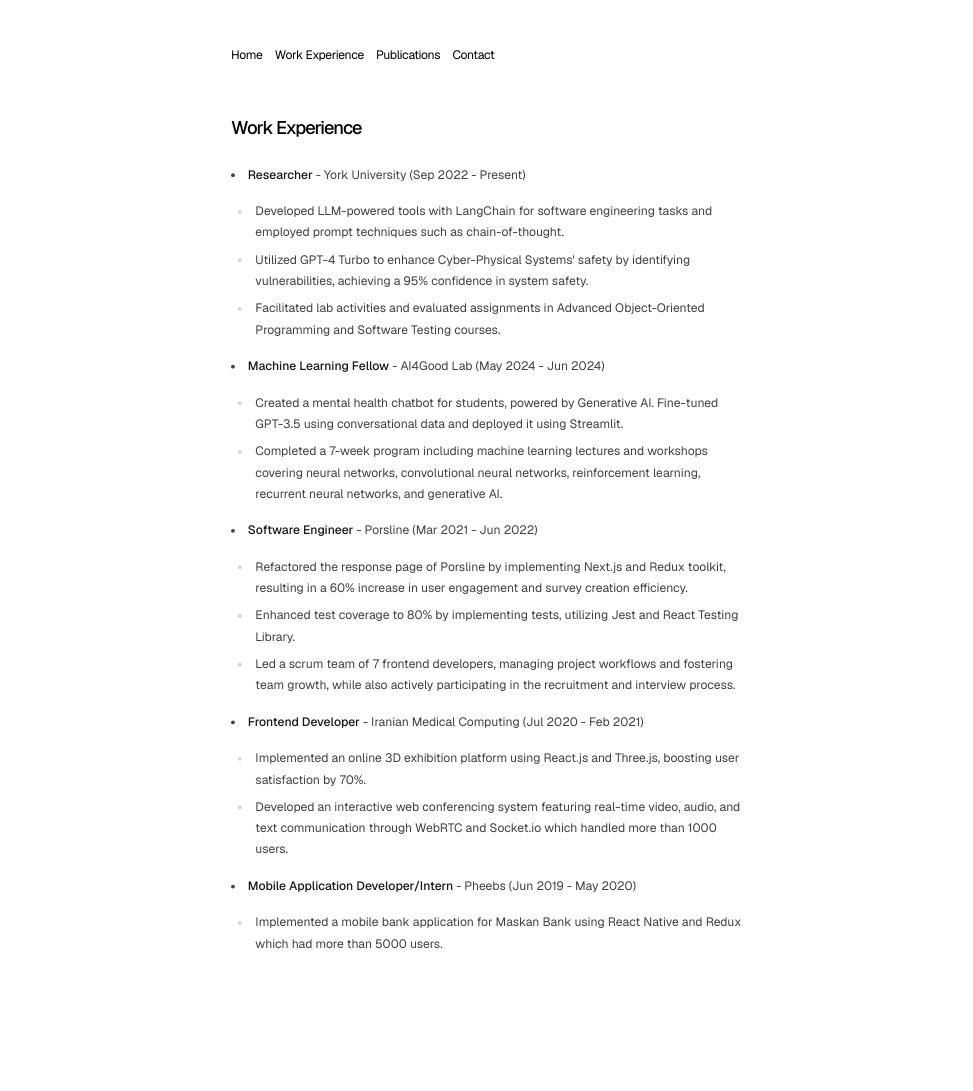
Repository: kimixz/kimixz.github.io
Page: /work
An editor plug-in stored every save of this project. The page is shown before and after the next save, followed by the edit.
The browser window is 1280 px wide. The pictures show the whole page, at 76% of full size.
The project was rebuilt for these pictures with package versions that can differ from the ones it lists, and the page was loaded fresh each time. Some packages were replaced by stand-ins written for this rebuild. The framework's server and built-in components were replaced by stand-ins that run in the browser. Also part of the build but not shown: next.config.mjs, app/blog/[slug]/sandpack.tsx.

Above is the page before, as saved 2024-07-28 16:41:08.

After the next save:
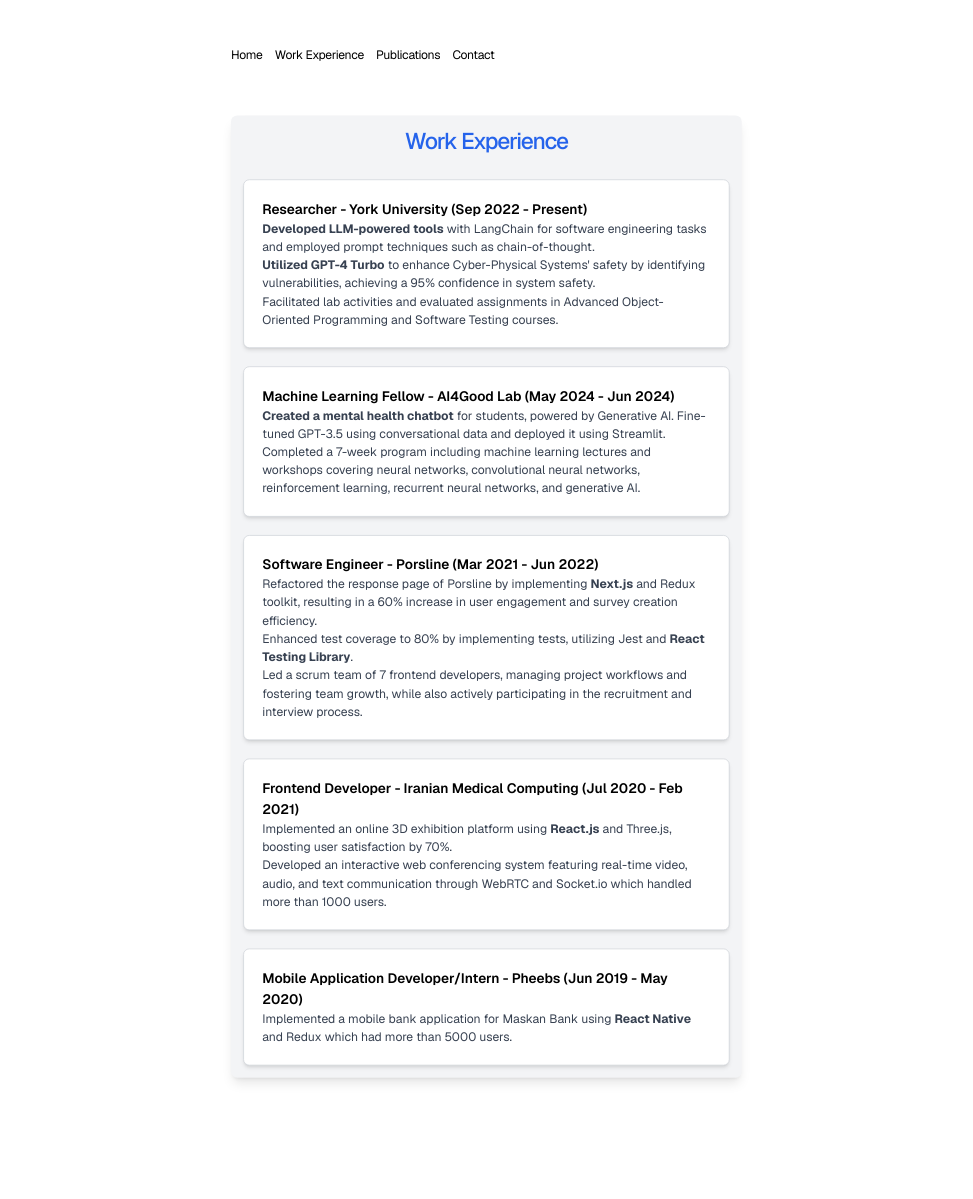
Saved 2 min 8 s later.
--- a/app/work/page.tsx
+++ b/app/work/page.tsx
@@ -1,45 +1,46 @@
 export default function Page() {
   return (
-    <section>
-      <h1 className="font-medium text-2xl mb-8 tracking-tighter">Work Experience</h1>
-      <p className="prose prose-neutral dark:prose-invert">
-          <li>
-            <strong>Researcher</strong> - York University (Sep 2022 - Present)
-            <ul>
-              <li>Developed LLM-powered tools with LangChain for software engineering tasks and employed prompt techniques such as chain-of-thought.</li>
-              <li>Utilized GPT-4 Turbo to enhance Cyber-Physical Systems' safety by identifying vulnerabilities, achieving a 95% confidence in system safety.</li>
-              <li>Facilitated lab activities and evaluated assignments in Advanced Object-Oriented Programming and Software Testing courses.</li>
-            </ul>
-          </li>
-          <li>
-            <strong>Machine Learning Fellow</strong> - AI4Good Lab (May 2024 - Jun 2024)
-            <ul>
-              <li>Created a mental health chatbot for students, powered by Generative AI. Fine-tuned GPT-3.5 using conversational data and deployed it using Streamlit.</li>
-              <li>Completed a 7-week program including machine learning lectures and workshops covering neural networks, convolutional neural networks, reinforcement learning, recurrent neural networks, and generative AI.</li>
-            </ul>
-          </li>
-          <li>
-            <strong>Software Engineer</strong> - Porsline (Mar 2021 - Jun 2022)
-            <ul>
-              <li>Refactored the response page of Porsline by implementing Next.js and Redux toolkit, resulting in a 60% increase in user engagement and survey creation efficiency.</li>
-              <li>Enhanced test coverage to 80% by implementing tests, utilizing Jest and React Testing Library.</li>
-              <li>Led a scrum team of 7 frontend developers, managing project workflows and fostering team growth, while also actively participating in the recruitment and interview process.</li>
-            </ul>
-          </li>
-          <li>
-            <strong>Frontend Developer</strong> - Iranian Medical Computing (Jul 2020 - Feb 2021)
-            <ul>
-              <li>Implemented an online 3D exhibition platform using React.js and Three.js, boosting user satisfaction by 70%.</li>
-              <li>Developed an interactive web conferencing system featuring real-time video, audio, and text communication through WebRTC and Socket.io which handled more than 1000 users.</li>
-            </ul>
-          </li>
-          <li>
-            <strong>Mobile Application Developer/Intern</strong> - Pheebs (Jun 2019 - May 2020)
-            <ul>
-              <li>Implemented a mobile bank application for Maskan Bank using React Native and Redux which had more than 5000 users.</li>
-            </ul>
-          </li>
-      </p>
+    <section className="max-w-3xl mx-auto p-4 bg-gray-100 dark:bg-gray-800 rounded-lg shadow-lg">
+      <h1 className="font-medium text-3xl mb-8 tracking-tighter text-center text-blue-600 dark:text-blue-400">Work Experience</h1>
+
+      <div className="space-y-6">
+        <div className="p-6 border border-gray-300 dark:border-gray-700 rounded-lg bg-white dark:bg-gray-900 shadow-md hover:shadow-lg transition-shadow duration-300">
+          <h2 className="font-semibold text-lg">Researcher - York University (Sep 2022 - Present)</h2>
+          <ul className="text-gray-700 dark:text-gray-300">
+            <li><strong>Developed LLM-powered tools</strong> with LangChain for software engineering tasks and employed prompt techniques such as chain-of-thought.</li>
+            <li><strong>Utilized GPT-4 Turbo</strong> to enhance Cyber-Physical Systems' safety by identifying vulnerabilities, achieving a 95% confidence in system safety.</li>
+            <li>Facilitated lab activities and evaluated assignments in Advanced Object-Oriented Programming and Software Testing courses.</li>
+          </ul>
+        </div>
+        <div className="p-6 border border-gray-300 dark:border-gray-700 rounded-lg bg-white dark:bg-gray-900 shadow-md hover:shadow-lg transition-shadow duration-300">
+          <h2 className="font-semibold text-lg">Machine Learning Fellow - AI4Good Lab (May 2024 - Jun 2024)</h2>
+          <ul className="text-gray-700 dark:text-gray-300">
+            <li><strong>Created a mental health chatbot</strong> for students, powered by Generative AI. Fine-tuned GPT-3.5 using conversational data and deployed it using Streamlit.</li>
+            <li>Completed a 7-week program including machine learning lectures and workshops covering neural networks, convolutional neural networks, reinforcement learning, recurrent neural networks, and generative AI.</li>
+          </ul>
+        </div>
+        <div className="p-6 border border-gray-300 dark:border-gray-700 rounded-lg bg-white dark:bg-gray-900 shadow-md hover:shadow-lg transition-shadow duration-300">
+          <h2 className="font-semibold text-lg">Software Engineer - Porsline (Mar 2021 - Jun 2022)</h2>
+          <ul className="text-gray-700 dark:text-gray-300">
+            <li>Refactored the response page of Porsline by implementing <strong>Next.js</strong> and Redux toolkit, resulting in a 60% increase in user engagement and survey creation efficiency.</li>
+            <li>Enhanced test coverage to 80% by implementing tests, utilizing Jest and <strong>React Testing Library</strong>.</li>
+            <li>Led a scrum team of 7 frontend developers, managing project workflows and fostering team growth, while also actively participating in the recruitment and interview process.</li>
+          </ul>
+        </div>
+        <div className="p-6 border border-gray-300 dark:border-gray-700 rounded-lg bg-white dark:bg-gray-900 shadow-md hover:shadow-lg transition-shadow duration-300">
+          <h2 className="font-semibold text-lg">Frontend Developer - Iranian Medical Computing (Jul 2020 - Feb 2021)</h2>
+          <ul className="text-gray-700 dark:text-gray-300">
+            <li>Implemented an online 3D exhibition platform using <strong>React.js</strong> and Three.js, boosting user satisfaction by 70%.</li>
+            <li>Developed an interactive web conferencing system featuring real-time video, audio, and text communication through WebRTC and Socket.io which handled more than 1000 users.</li>
+          </ul>
+        </div>
+        <div className="p-6 border border-gray-300 dark:border-gray-700 rounded-lg bg-white dark:bg-gray-900 shadow-md hover:shadow-lg transition-shadow duration-300">
+          <h2 className="font-semibold text-lg">Mobile Application Developer/Intern - Pheebs (Jun 2019 - May 2020)</h2>
+          <ul className="text-gray-700 dark:text-gray-300">
+            <li>Implemented a mobile bank application for Maskan Bank using <strong>React Native</strong> and Redux which had more than 5000 users.</li>
+          </ul>
+        </div>
+      </div>
     </section>
   );
 }

After the save that followed:
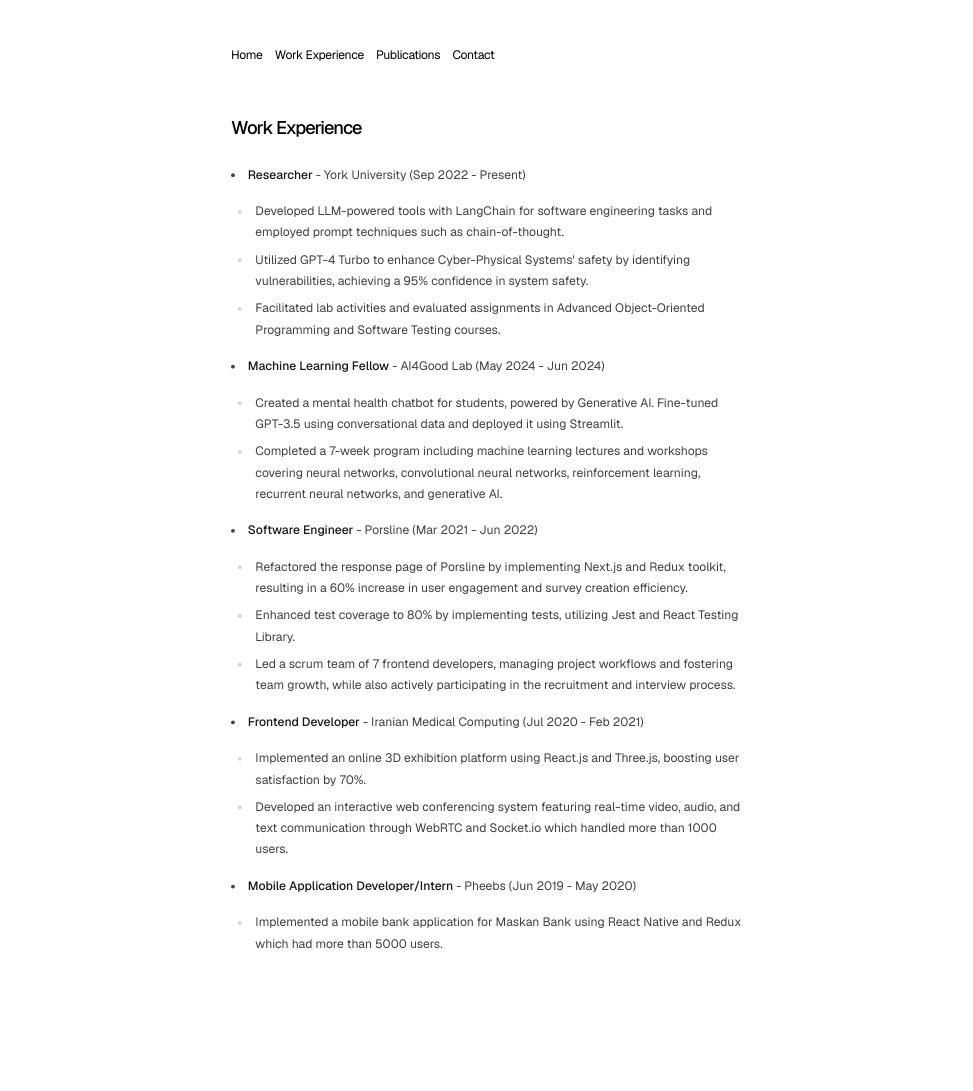
Saved 56 s later.
--- a/app/work/page.tsx
+++ b/app/work/page.tsx
@@ -1,46 +1,45 @@
 export default function Page() {
   return (
-    <section className="max-w-3xl mx-auto p-4 bg-gray-100 dark:bg-gray-800 rounded-lg shadow-lg">
-      <h1 className="font-medium text-3xl mb-8 tracking-tighter text-center text-blue-600 dark:text-blue-400">Work Experience</h1>
-
-      <div className="space-y-6">
-        <div className="p-6 border border-gray-300 dark:border-gray-700 rounded-lg bg-white dark:bg-gray-900 shadow-md hover:shadow-lg transition-shadow duration-300">
-          <h2 className="font-semibold text-lg">Researcher - York University (Sep 2022 - Present)</h2>
-          <ul className="text-gray-700 dark:text-gray-300">
-            <li><strong>Developed LLM-powered tools</strong> with LangChain for software engineering tasks and employed prompt techniques such as chain-of-thought.</li>
-            <li><strong>Utilized GPT-4 Turbo</strong> to enhance Cyber-Physical Systems' safety by identifying vulnerabilities, achieving a 95% confidence in system safety.</li>
-            <li>Facilitated lab activities and evaluated assignments in Advanced Object-Oriented Programming and Software Testing courses.</li>
-          </ul>
-        </div>
-        <div className="p-6 border border-gray-300 dark:border-gray-700 rounded-lg bg-white dark:bg-gray-900 shadow-md hover:shadow-lg transition-shadow duration-300">
-          <h2 className="font-semibold text-lg">Machine Learning Fellow - AI4Good Lab (May 2024 - Jun 2024)</h2>
-          <ul className="text-gray-700 dark:text-gray-300">
-            <li><strong>Created a mental health chatbot</strong> for students, powered by Generative AI. Fine-tuned GPT-3.5 using conversational data and deployed it using Streamlit.</li>
-            <li>Completed a 7-week program including machine learning lectures and workshops covering neural networks, convolutional neural networks, reinforcement learning, recurrent neural networks, and generative AI.</li>
-          </ul>
-        </div>
-        <div className="p-6 border border-gray-300 dark:border-gray-700 rounded-lg bg-white dark:bg-gray-900 shadow-md hover:shadow-lg transition-shadow duration-300">
-          <h2 className="font-semibold text-lg">Software Engineer - Porsline (Mar 2021 - Jun 2022)</h2>
-          <ul className="text-gray-700 dark:text-gray-300">
-            <li>Refactored the response page of Porsline by implementing <strong>Next.js</strong> and Redux toolkit, resulting in a 60% increase in user engagement and survey creation efficiency.</li>
-            <li>Enhanced test coverage to 80% by implementing tests, utilizing Jest and <strong>React Testing Library</strong>.</li>
-            <li>Led a scrum team of 7 frontend developers, managing project workflows and fostering team growth, while also actively participating in the recruitment and interview process.</li>
-          </ul>
-        </div>
-        <div className="p-6 border border-gray-300 dark:border-gray-700 rounded-lg bg-white dark:bg-gray-900 shadow-md hover:shadow-lg transition-shadow duration-300">
-          <h2 className="font-semibold text-lg">Frontend Developer - Iranian Medical Computing (Jul 2020 - Feb 2021)</h2>
-          <ul className="text-gray-700 dark:text-gray-300">
-            <li>Implemented an online 3D exhibition platform using <strong>React.js</strong> and Three.js, boosting user satisfaction by 70%.</li>
-            <li>Developed an interactive web conferencing system featuring real-time video, audio, and text communication through WebRTC and Socket.io which handled more than 1000 users.</li>
-          </ul>
-        </div>
-        <div className="p-6 border border-gray-300 dark:border-gray-700 rounded-lg bg-white dark:bg-gray-900 shadow-md hover:shadow-lg transition-shadow duration-300">
-          <h2 className="font-semibold text-lg">Mobile Application Developer/Intern - Pheebs (Jun 2019 - May 2020)</h2>
-          <ul className="text-gray-700 dark:text-gray-300">
-            <li>Implemented a mobile bank application for Maskan Bank using <strong>React Native</strong> and Redux which had more than 5000 users.</li>
-          </ul>
-        </div>
-      </div>
+    <section>
+      <h1 className="font-medium text-2xl mb-8 tracking-tighter">Work Experience</h1>
+      <p className="prose prose-neutral dark:prose-invert">
+          <li>
+            <strong>Researcher</strong> - York University (Sep 2022 - Present)
+            <ul>
+              <li>Developed LLM-powered tools with LangChain for software engineering tasks and employed prompt techniques such as chain-of-thought.</li>
+              <li>Utilized GPT-4 Turbo to enhance Cyber-Physical Systems' safety by identifying vulnerabilities, achieving a 95% confidence in system safety.</li>
+              <li>Facilitated lab activities and evaluated assignments in Advanced Object-Oriented Programming and Software Testing courses.</li>
+            </ul>
+          </li>
+          <li>
+            <strong>Machine Learning Fellow</strong> - AI4Good Lab (May 2024 - Jun 2024)
+            <ul>
+              <li>Created a mental health chatbot for students, powered by Generative AI. Fine-tuned GPT-3.5 using conversational data and deployed it using Streamlit.</li>
+              <li>Completed a 7-week program including machine learning lectures and workshops covering neural networks, convolutional neural networks, reinforcement learning, recurrent neural networks, and generative AI.</li>
+            </ul>
+          </li>
+          <li>
+            <strong>Software Engineer</strong> - Porsline (Mar 2021 - Jun 2022)
+            <ul>
+              <li>Refactored the response page of Porsline by implementing Next.js and Redux toolkit, resulting in a 60% increase in user engagement and survey creation efficiency.</li>
+              <li>Enhanced test coverage to 80% by implementing tests, utilizing Jest and React Testing Library.</li>
+              <li>Led a scrum team of 7 frontend developers, managing project workflows and fostering team growth, while also actively participating in the recruitment and interview process.</li>
+            </ul>
+          </li>
+          <li>
+            <strong>Frontend Developer</strong> - Iranian Medical Computing (Jul 2020 - Feb 2021)
+            <ul>
+              <li>Implemented an online 3D exhibition platform using React.js and Three.js, boosting user satisfaction by 70%.</li>
+              <li>Developed an interactive web conferencing system featuring real-time video, audio, and text communication through WebRTC and Socket.io which handled more than 1000 users.</li>
+            </ul>
+          </li>
+          <li>
+            <strong>Mobile Application Developer/Intern</strong> - Pheebs (Jun 2019 - May 2020)
+            <ul>
+              <li>Implemented a mobile bank application for Maskan Bank using React Native and Redux which had more than 5000 users.</li>
+            </ul>
+          </li>
+      </p>
     </section>
   );
 }
